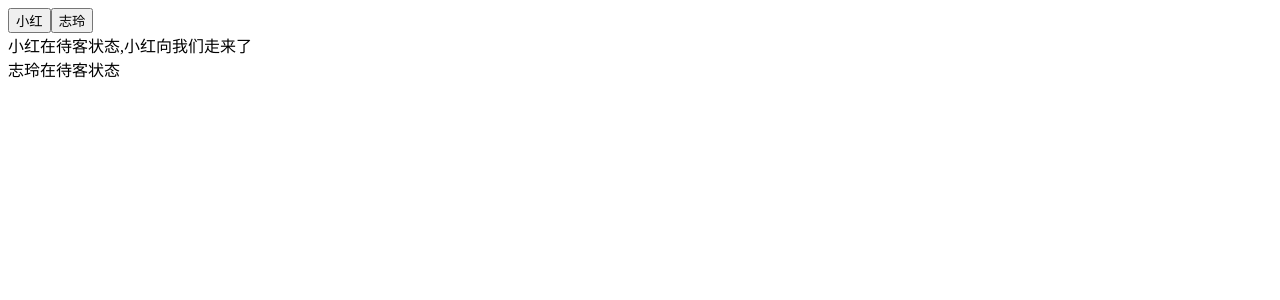
Repository: ArtemisWang/react-hooks
Page: /
These files come from the project's save history. The page is drawn as it stood at one moment and after the next save; the edit follows.
The browser window is 1280 px wide. The pictures show the whole page.
The project was rebuilt for these pictures with package versions that can differ from the ones it lists, and the page was loaded fresh each time.

Above is the page before, as saved 2020-02-22 16:11:39.

After the next save:
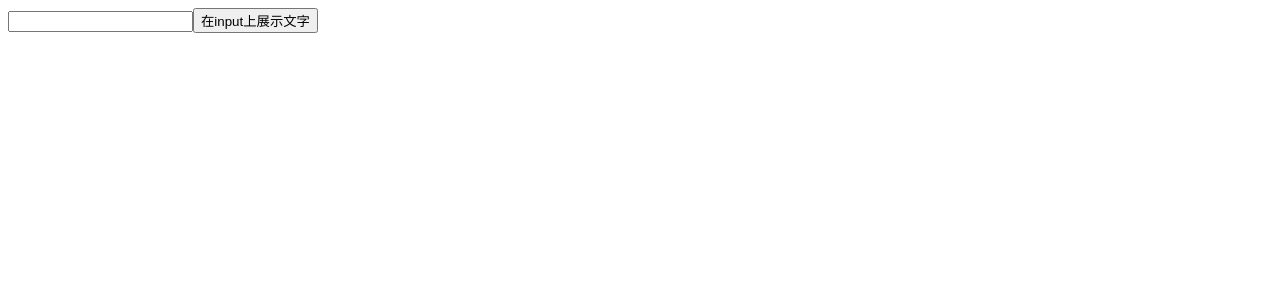
Saved 11 s later.
--- a/src/index.js
+++ b/src/index.js
@@ -1,6 +1,6 @@
 import React from 'react';
 import ReactDOM from 'react-dom';
-import Example7 from './Example7'
+import Example8 from './Example8'
 
 
-ReactDOM.render(<Example7 />, document.getElementById('root'));
+ReactDOM.render(<Example8 />, document.getElementById('root'));
